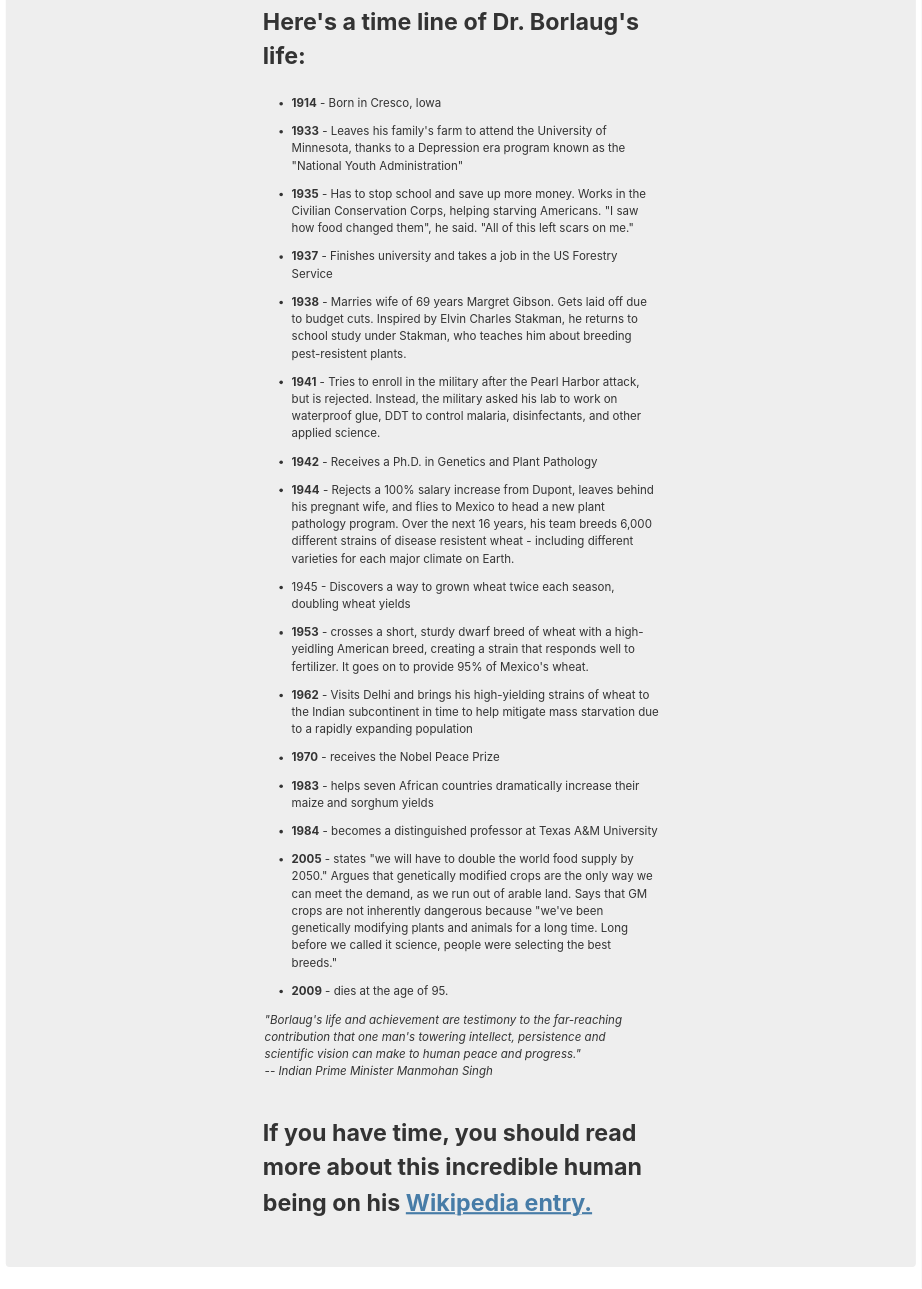
Repository: Lungdjos/tribute-page-certificate
Page: index.html
These files come from the project's save history. The page is drawn as it stood at one moment and after the next save; the edit follows.
The browser window is 1280 px wide. The pictures show the part of the page from y = 544 to 2334 px (the page is 2334 px tall before and 2128 px after), at 72% of full size.
A picture or video elsewhere on the page could not be fetched, so the positions and the page height are approximate.

Above is the page before, as saved 2023-10-30 12:52:58.

### index.html
<!DOCTYPE html>
<html lang="en">

<head>
    <meta charset="UTF-8">
    <meta name="viewport" content="width=device-width, initial-scale=1.0">
    <title>Document</title>
    <link rel="stylesheet" href="styles.css">
</head>

<body>
    <main id="main">
        <h1 id="title">Dr. Norman Borlaug</h1>
        <p>The man who saved a billion lives</p>
        <div id="img-div">
            <img id="image" src="https://cdn.freecodecamp.org/testable-projects-fcc/images/tribute-page-main-image.jpg" alt="">
            <figcaption id="img-caption">Dr. Norman Borlaug, third from the left, trains biologists in Mexico on how to increase wheat yields - part of his life-long war on hunger.</figcaption>
        </div>
        <div id="tribute-info">
            <h2>Here's a time line of Dr. Borlaug's life:</h2>
            <ul>
                <li><strong>1914</strong> - Born in Cresco, lowa</li>
                <li><strong>1933</strong> - Leaves his family's farm to attend the University of Minnesota, thanks to a Depression era program known as the "National Youth Administration"</li>
                <li><strong>1935</strong> - Has to stop school and save up more money. Works in the Civilian Conservation Corps, helping starving Americans. "I saw how food changed them", he said. "All of this left scars on me."</li>
                <li><strong>1937</strong> - Finishes university and takes a job in the US Forestry Service</li>
                <li><strong>1938</strong> - Marries wife of 69 years Margret Gibson. Gets laid off due to budget cuts. Inspired by Elvin Charles Stakman, he returns to school study under Stakman, who teaches him about breeding pest-resistent plants.</li>
                <li><strong>1941</strong> - Tries to enroll in the military after the Pearl Harbor attack, but is rejected. Instead, the military asked his lab to work on waterproof glue, DDT to control malaria, disinfectants, and other applied science.</li>
                <li><strong>1942</strong> - Receives a Ph.D. in Genetics and Plant Pathology</li>
                <li><strong>1944</strong> - Rejects a 100% salary increase from Dupont, leaves behind his pregnant wife, and flies to Mexico to head a new plant pathology program. Over the next 16 years, his team breeds 6,000 different strains of disease
                    resistent wheat - including different varieties for each major climate on Earth.</li>
                <li>1945<strong></strong> - Discovers a way to grown wheat twice each season, doubling wheat yields</li>
                <li><strong>1953</strong> - crosses a short, sturdy dwarf breed of wheat with a high-yeidling American breed, creating a strain that responds well to fertilizer. It goes on to provide 95% of Mexico's wheat.</li>
                <li><strong>1962</strong> - Visits Delhi and brings his high-yielding strains of wheat to the Indian subcontinent in time to help mitigate mass starvation due to a rapidly expanding population</li>
                <li><strong>1970</strong> - receives the Nobel Peace Prize</li>
                <li><strong>1983</strong> - helps seven African countries dramatically increase their maize and sorghum yields</li>
                <li><strong>1984</strong> - becomes a distinguished professor at Texas A&M University</li>
                <li><strong>2005</strong> - states "we will have to double the world food supply by 2050." Argues that genetically modified crops are the only way we can meet the demand, as we run out of arable land. Says that GM crops are not inherently
                    dangerous because "we've been genetically modifying plants and animals for a long time. Long before we called it science, people were selecting the best breeds."</li>
                <li><strong>2009</strong> - dies at the age of 95.</li>

            </ul>
            <blockquote>"Borlaug's life and achievement are testimony to the far-reaching contribution that one man's towering intellect, persistence and scientific vision can make to human peace and progress."<br> -- Indian Prime Minister Manmohan Singh</blockquote>
            <h2 class="foot">If you have time, you should read more about this incredible human being on his
                <a href="https://en.wikipedia.org/wiki/Norman_Borlaug" target="_blank" id="tribute-link">Wikipedia entry.</a></h2>
        </div>
    </main>

</body>

</html>

### styles.css
    html {
        font-size: 10px;
    }

    body {
        background: #fff;
        text-align: center;
        color: #333;
        margin: 0;
        line-height: 1.2;
        font-size: 1.6rem;
        font-family: -apple-system, BlinkMacSystemFont, 'Segoe UI', 'Roboto', 'Helvetica Neue', Arial, sans-serif;
    }

    h1 {
        font-size: 4rem;
        margin-top: 0;
    }

    @media (max-width: 40px) {
        h1 {
            font-size: 3.5rem;
            line-height: 1.2;
        }
    }

    h2 {
        font-size: 3.23rem;
    }

    #main {
        background: #eee;
        margin: 30px 8px;
        border-radius: 5px;
        padding: 15px;
    }

    @media (max-width: 460px) {
        #main {
            margin: 0;
        }
    }
    /* image styling */

    #img-div {
        background: #fff;
        padding: 10px;
        margin: 0;
    }

    #img-caption {
        margin: 15px 0;
    }

    img {
        max-width: 100%;
        display: block;
        height: auto;
        margin: 0 auto;
    }
    /* tribute infomation */

    #tribute-info {
        line-height: 1.5;
        text-align: left;
        margin: 0 auto 50px auto;
        max-width: 550px;
    }

    ul {}

    li {
        margin: 15px 0;
    }
    /* styling at the bottom */

    blockquote {
        font-style: italic;
        max-width: 545px;
        margin: 0 auto 50px auto;
        text-align: left;
    }

    a {
        color: #477ca7;
    }

    a:visited {
        color: #74638f;
    }

After the next save:
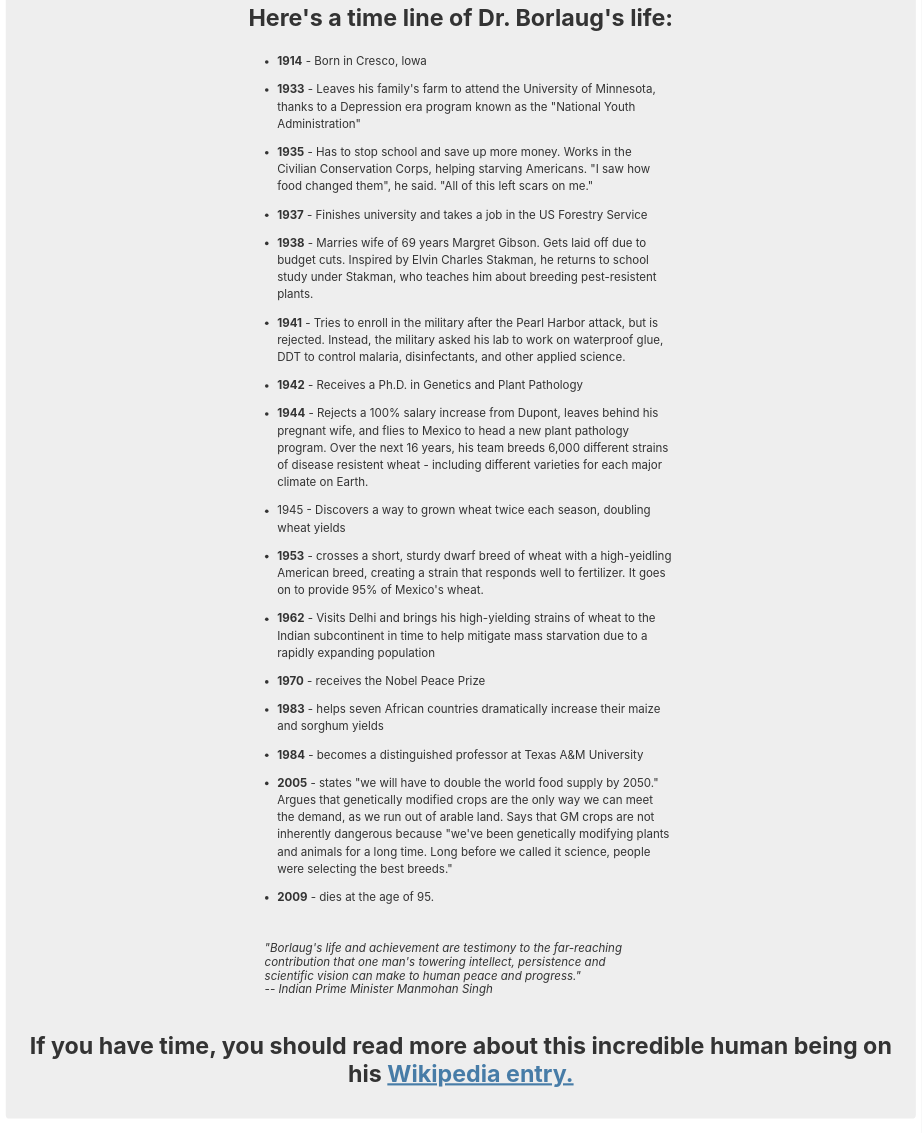
Saved 22 s later.
--- a/styles.css
+++ b/styles.css
@@ -60,7 +60,7 @@
     }
     /* tribute infomation */
 
-    #tribute-info {
+    #tribute-info ul {
         line-height: 1.5;
         text-align: left;
         margin: 0 auto 50px auto;
